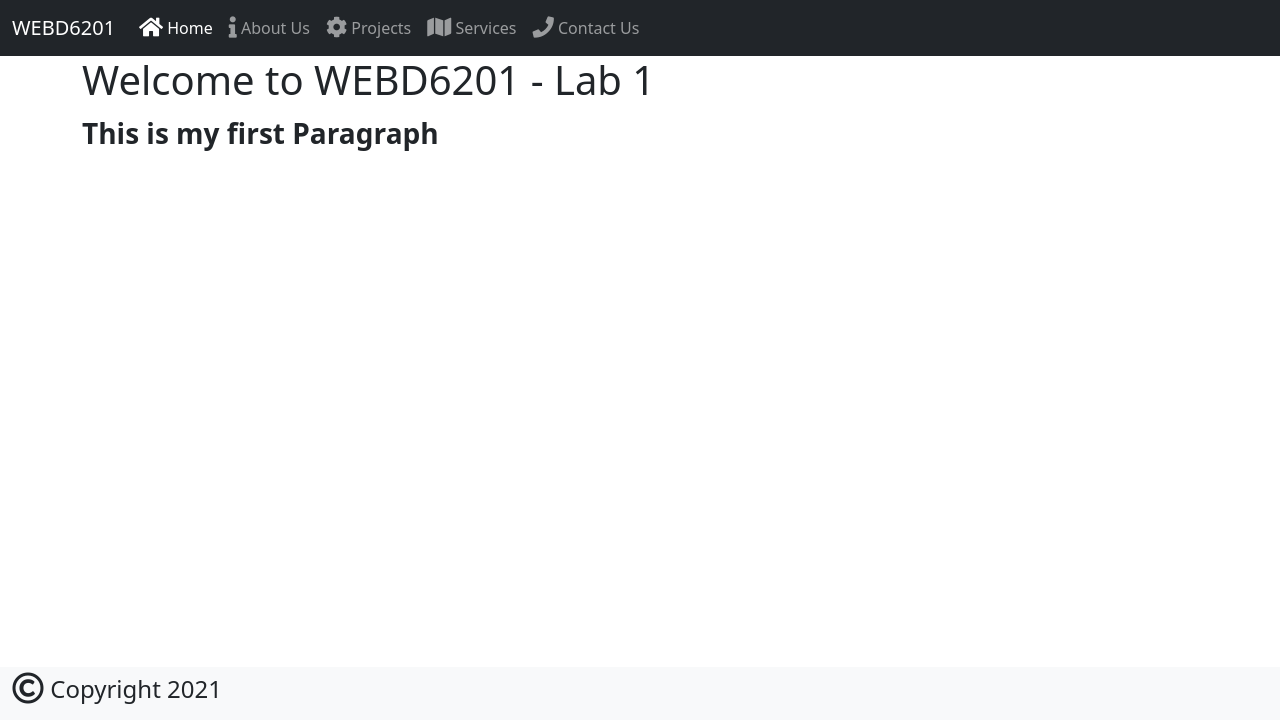
Repository: ErikHayward/WEBD6201-W2021-ICE1b
Page: about.html
An editor plug-in stored every save of this project. The page is shown before and after the next save, followed by the edit.
The browser window is 1280 px wide. The pictures show the whole page.

Above is the page before, as saved 2021-01-22 20:26:06.

### about.html
<!DOCTYPE html>
<html lang="en">
<head>
    <meta charset="UTF-8">
    <meta name="viewport" content="width=device-width, initial-scale=1.0">
    <title>Home</title>
    <!-- CSS Section -->
    <link rel="stylesheet" href="./node_modules/bootstrap/dist/css/bootstrap.min.css">
    <link rel="stylesheet" href="./node_modules/@fortawesome/fontawesome-free/css/all.min.css">
    <link rel="stylesheet" href="./Content/app.css">
</head>
<body>
    <!-- Main Header -->
    <header>
        <!-- Main Nav -->
        <nav class="navbar navbar-expand-lg navbar-dark bg-dark">
            <div class="container-fluid">
              <a class="navbar-brand" href="index.html">WEBD6201</a>
              <button class="navbar-toggler" type="button" data-bs-toggle="collapse" data-bs-target="#navbarSupportedContent" aria-controls="navbarSupportedContent" aria-expanded="false" aria-label="Toggle navigation">
                <span class="navbar-toggler-icon"></span>
              </button>
              <div class="collapse navbar-collapse" id="navbarSupportedContent">
                <ul class="navbar-nav me-auto mb-2 mb-lg-0">

                  <li class="nav-item">
                    <a class="nav-link active" aria-current="page" href="index.html"><i class="fas fa-home fa-lg"></i> Home</a>
                  </li>

                  <li class="nav-item">
                    <a class="nav-link" aria-current="page" href="about.html"><i class="fas fa-info fa-lg"></i> About Us</a>
                  </li>

                  <li class="nav-item">
                    <a class="nav-link" aria-current="page" href="projects.html"><i class="fas fa-cog fa-lg"></i> Projects</a>
                  </li>

                  <li class="nav-item">
                    <a class="nav-link" aria-current="page" href="services.html"><i class="fas fa-map fa-lg"></i> Services</a>
                  </li>

                  <li class="nav-item">
                    <a class="nav-link" aria-current="page" href="contact.html"><i class="fas fa-phone fa-lg"></i> Contact Us</a>
                  </li>

                </ul>
              </div>
            </div>
          </nav>
    </header>

    <!-- Main Content -->
    <main class="container">
        <h1>Welcome to WEBD 6201</h1>
        <p id="paragraphOne"></p>
    </main>

    <!-- Main Footer -->
    <footer>
        <nav class="navbar fixed-bottom navbar-light bg-light">
            <div class="container-fluid">
              <h4><i class="far fa-copyright fa-lg"></i> Copyright 2021</h4>
            </div>
          </nav>
    </footer>

    <!-- Script Section -->
    <script src="./node_modules/jquery/dist/jquery.min.js"></script>
    <script src="./node_modules/bootstrap/dist/js/bootstrap.bundle.min.js"></script>
    <script src="./Scripts/app.js"></script>
</body>
</html>

### Content/app.css
/* Custom CSS goes here */

### Scripts/app.js
/* Custom Java Script goes here */

// IIFE - Immediately Invoked Function Expression
// AKA - Anonymous Self-Executing Function
// Closure - limits scope leak

"use strict";

(function(){

    function Start(){
        console.log("App Started...");

        let paragraphOneText = "This is a simple site to demonstrate DOM Manipulation for ICE 1";

        let paragraphOneElement = document.getElementById("paragraphOne");

        paragraphOneElement.textContent = paragraphOneText;
        paragraphOneElement.className = "fs-5";

        // Step 1. document.createElement
        let newParagraph = document.createElement("p");
        // Step 2. configure the element
        newParagraph.setAttribute("id", "paragraphTwo");
        newParagraph.textContent = "...And this is paragraph two";
        // Step 3. select the parent element
        let mainContent = document.getElementsByTagName("main")[0];
        // Step 4. Add / Insert element
        mainContent.appendChild(newParagraph);

        newParagraph.className = "fs-6";

        // another way of injecting content
        let paragraphDiv = document.createElement('div');
        let paragraphThree =`<p id="paragraphThree" class="fs-7 fw-bold">And this is the Third Paragraph</p>`
        paragraphDiv.innerHTML = paragraphThree;

        // insertions

        // example of inserting before a node
        // newParagraph.before(paragraphDiv);

        // example of inserting after a node
        newParagraph.after(paragraphDiv);

        // deletions

        // example of removing a single element
        // paragraphOneElement.remove();

        // example of removeChild
        mainContent.removeChild(paragraphOneElement);

        // update / modification
        // mainContent.firstElementChild.textContent = "Welcome Home!";

        mainContent.innerHTML =
        `<h1 id="firstHeading">Welcome to WEBD6201 - Lab 1</h1>
         <p id="paragraphOne" class="fs-3 fw-bold">This is my first Paragraph</p>
        `;

    }

    window.addEventListener("load", Start);

})();

Loaded but not shown: node_modules/bootstrap/dist/css/bootstrap.min.css (library); node_modules/@fortawesome/fontawesome-free/css/all.min.css (library); node_modules/jquery/dist/jquery.min.js (library); node_modules/bootstrap/dist/js/bootstrap.bundle.min.js (library)

After the next save:
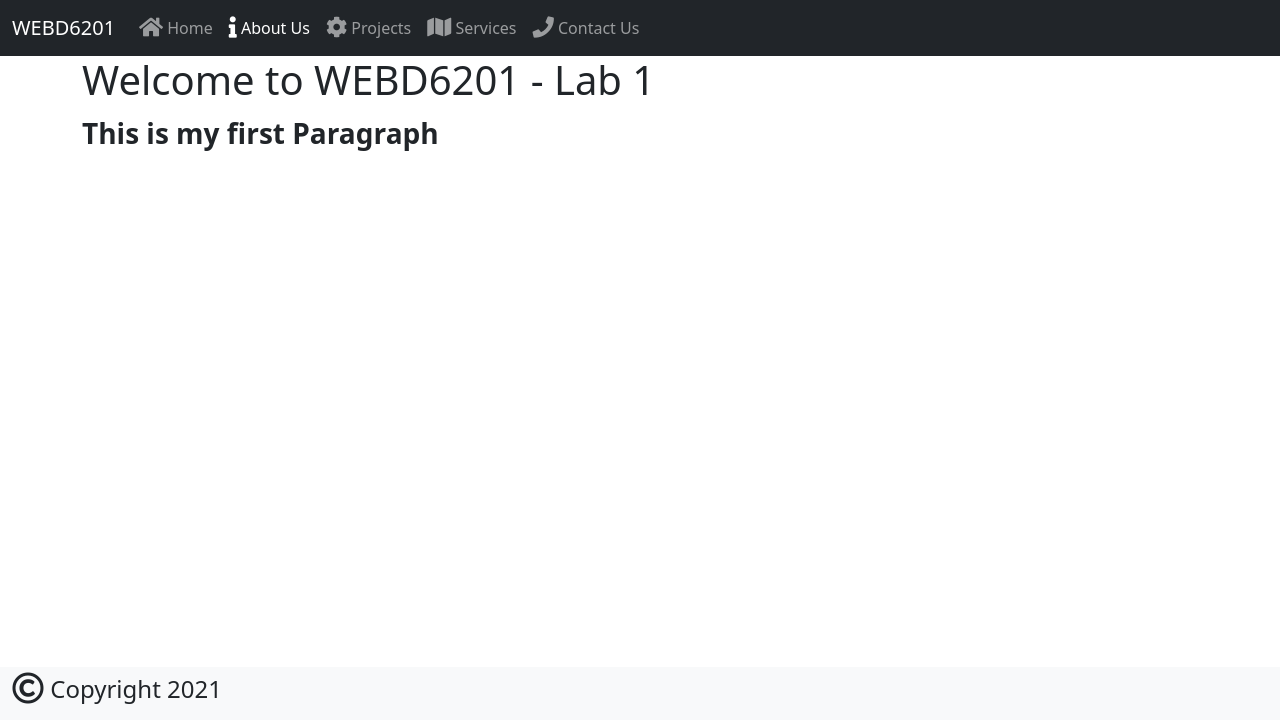
Saved 73 s later.
--- a/about.html
+++ b/about.html
@@ -3,7 +3,7 @@
 <head>
     <meta charset="UTF-8">
     <meta name="viewport" content="width=device-width, initial-scale=1.0">
-    <title>Home</title>
+    <title>About</title>
     <!-- CSS Section -->
     <link rel="stylesheet" href="./node_modules/bootstrap/dist/css/bootstrap.min.css">
     <link rel="stylesheet" href="./node_modules/@fortawesome/fontawesome-free/css/all.min.css">
@@ -23,11 +23,11 @@
                 <ul class="navbar-nav me-auto mb-2 mb-lg-0">
 
                   <li class="nav-item">
-                    <a class="nav-link active" aria-current="page" href="index.html"><i class="fas fa-home fa-lg"></i> Home</a>
+                    <a class="nav-link" aria-current="page" href="index.html"><i class="fas fa-home fa-lg"></i> Home</a>
                   </li>
 
                   <li class="nav-item">
-                    <a class="nav-link" aria-current="page" href="about.html"><i class="fas fa-info fa-lg"></i> About Us</a>
+                    <a class="nav-link active" aria-current="page" href="about.html"><i class="fas fa-info fa-lg"></i> About Us</a>
                   </li>
 
                   <li class="nav-item">
@@ -50,7 +50,7 @@
 
     <!-- Main Content -->
     <main class="container">
-        <h1>Welcome to WEBD 6201</h1>
+        <h1>About Us</h1>
         <p id="paragraphOne"></p>
     </main>
 
